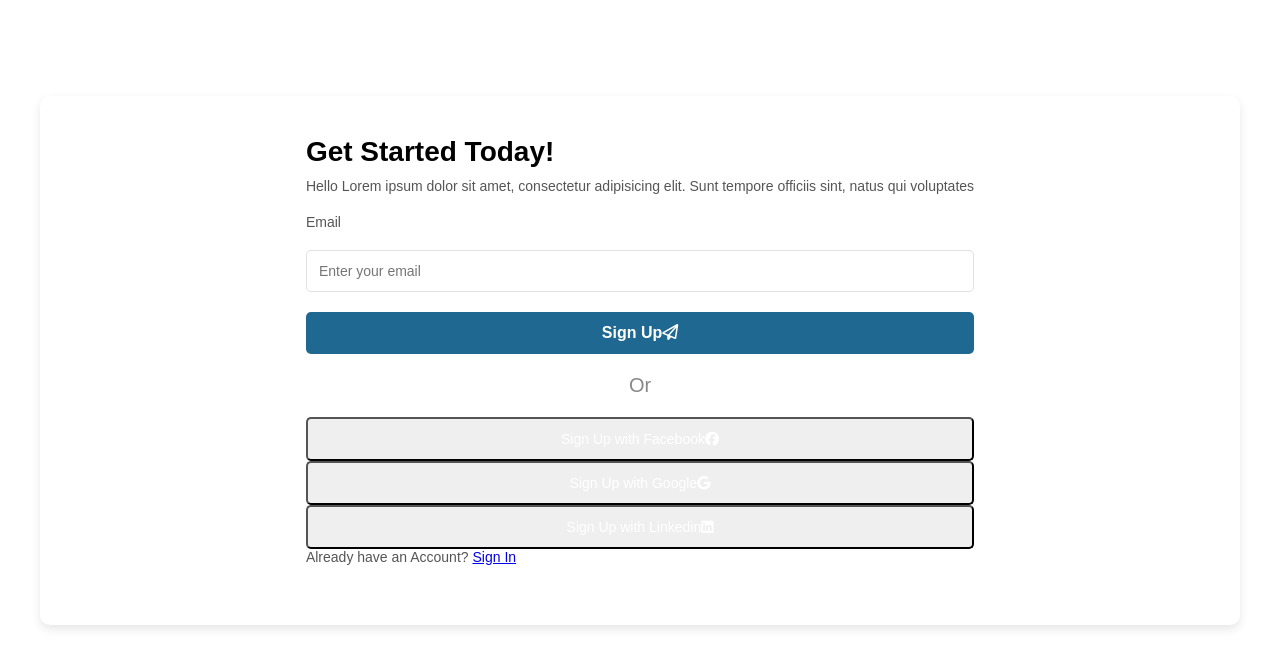
Repository: Femi007-gh/Login-V2
Page: index.html
The author's editor kept a copy of each file at every save. The page is drawn from the files as they stood at one save, then again after a run of saves.
The browser window is 1280 px wide. The pictures show the whole page.

Above is the page before, as saved 2025-01-27 07:46:38.

After the next 4 saves:
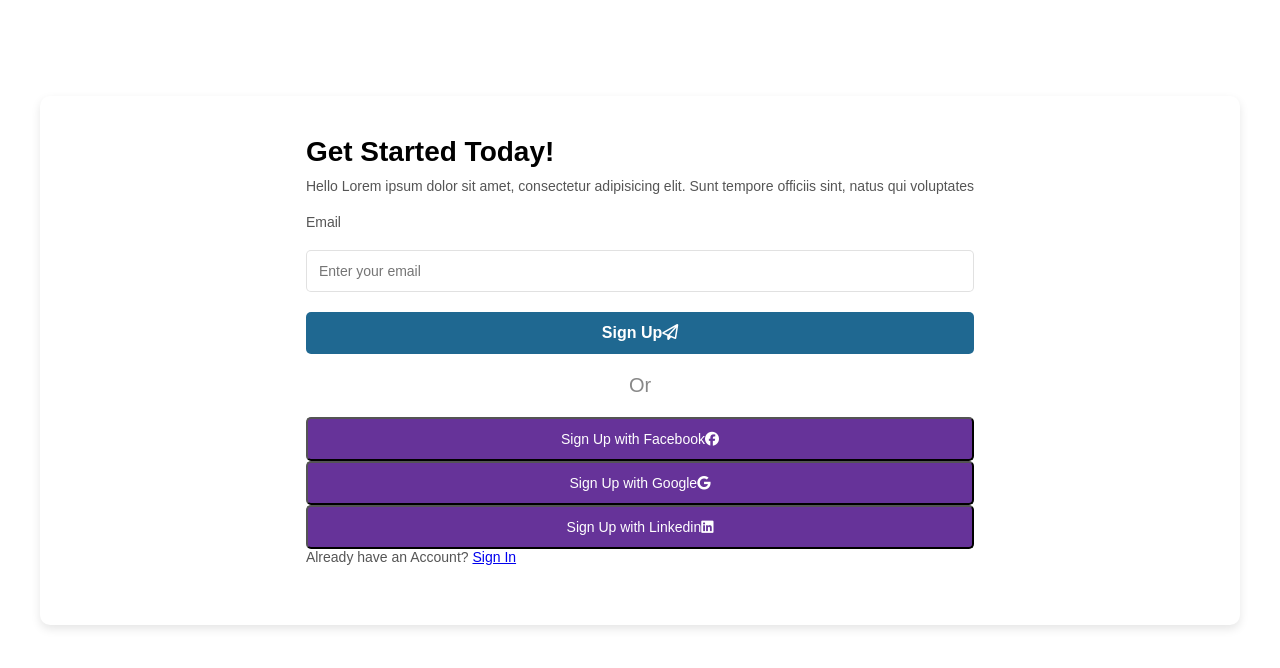
The 4 saves are shown as one change because they came seconds apart.
The last was saved 10 s later.
--- a/style.css
+++ b/style.css
@@ -86,5 +86,5 @@ p {
   display: flex;
   align-items: center;
   justify-content: center;
-  background
+  background-color: rebeccapurple;
 }
